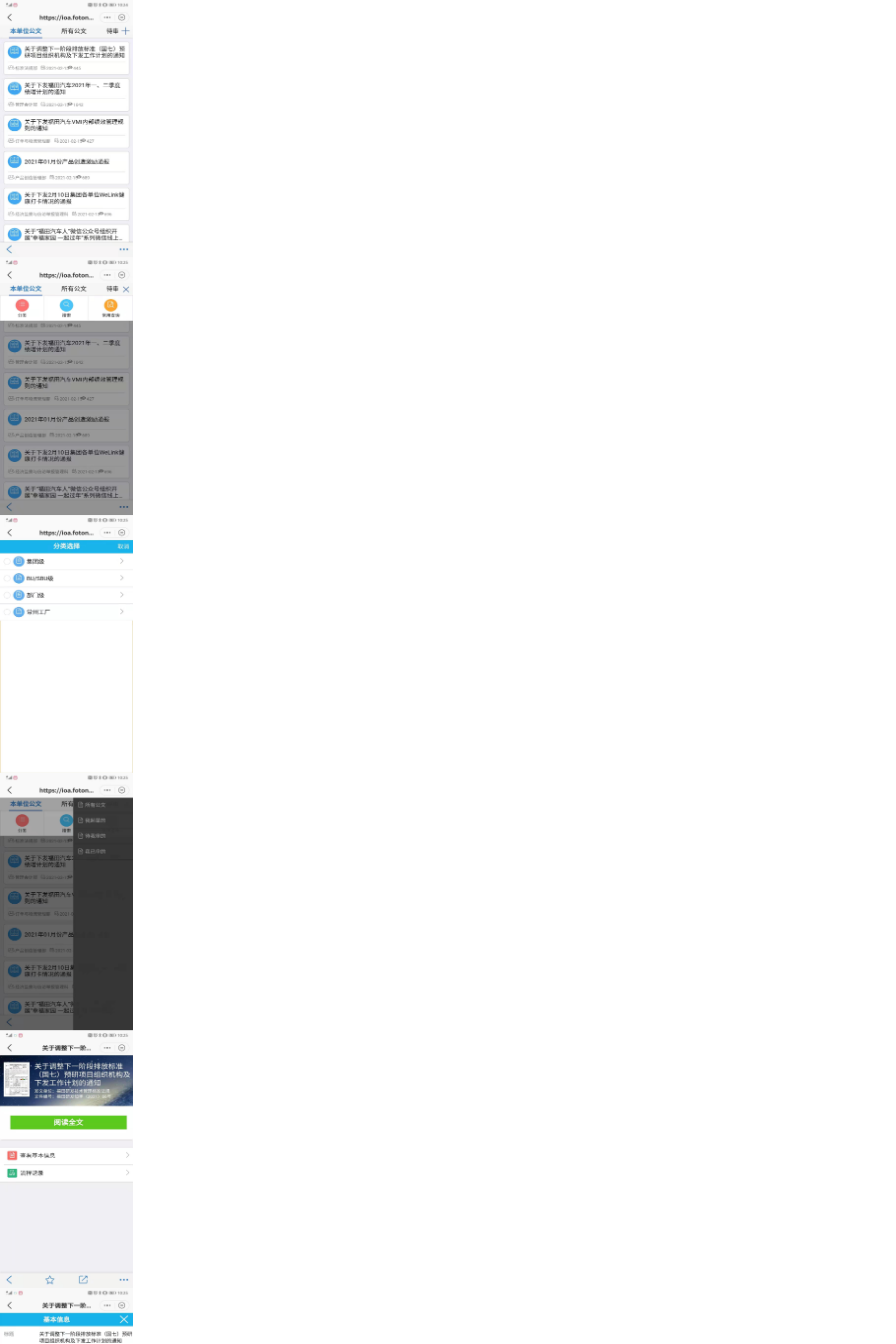
Repository: ch230/2021
Page: A.html
An editor plug-in stored every save of this project. The page is shown before and after the next save, followed by the edit.
The browser window is 1280 px wide. The pictures show the part of the page from y = 0 to 1920 px (the page is 11412 px tall before and 11460 px after), at 70% of full size.

Above is the page before, as saved 2021-02-15 14:37:01.

### A.html
<!DOCTYPE html>
<html lang="en">
  <head>
    <meta charset="UTF-8" />
    <meta name="viewport" content="width=device-width, initial-scale=1.0" />
    <title>Document</title>
    <style>
      * {
        padding: 0;
        margin: 0;
        list-style: none;
      }
      body,
      html,
      #app {
        height: 100%;
        width: 100%;
      }
      #items {
      }
      #items ul {
      }
      #items ul li {
        height: 368px;
        width: 190px;
      }
      #items ul li img {
        display: inline-block;
        width: 100%;
        height: 100%;
      }
    </style>
  </head>
  <body>
    <div id="app">
      <!-- 待办事宜 -->
      <div id="items">
        <div>
          <!-- 待办事宜 -->
          <!-- 分为待审 待阅 已办 搜索功能 -->
          <!-- 每个都对应一个列表，点击进去就是对应的信息(附件，全文，流程记录，查看基本信息),可以收藏，转发 -->
          <!-- 列表信息:内容，提报人，时间，类型，头像 -->
        </div>
        <ul>
          <li>
            <img src="./img/1.jpg" alt="" />
          </li>
          <li>
            <img src="./img/2.jpg" alt="" />
          </li>
          <li>
            <img src="./img/3.jpg" alt="" />
          </li>
          <li>
            <img src="./img/4.jpg" alt="" />
          </li>
          <li>
            <img src="./img/5.jpg" alt="" />
          </li>
          <li>
            <img src="./img/6.jpg" alt="" />
          </li>
        </ul>
      </div>
      <!-- 公文 -->
      <div id="items">
        <div>
          <!--公文-->
          <!-- 本单位公文，所有公文，待审公文，分类，搜索，常用查询 -->
          <!-- 常用查询:所有公文，我起草的，待我审的，我已审的 -->
          <!-- 分类:按照部门分类（集团级，BU/SBU级，部门级，常州工厂）---（集团和常州区分红头文件，黑头文件） -->
          <!-- 对应列表，列表信息:图标，内容，部门，时间，浏览人数 -->
          <!-- 详情:阅读全文，查看基本信息，流程记录，收藏，分享 -->
        </div>
        <ul>
          <li>
            <img src="./img/7.jpg" alt="" />
          </li>
          <li>
            <img src="./img/8.jpg" alt="" />
          </li>
          <li>
            <img src="./img/9.jpg" alt="" />
          </li>
          <li>
            <img src="./img/10.jpg" alt="" />
          </li>
          <li>
            <img src="./img/11.jpg" alt="" />
          </li>
          <li>
            <img src="./img/12.jpg" alt="" />
          </li>
        </ul>
      </div>
      <!-- 福田新闻 -->
      <div id="items">
        <div>
          <!-- 福田新闻 -->
          <!-- 最新新闻, 分类，搜索，常用查询 -->
          <!-- 列表信息:图片，内容，上传人，上传时间，浏览人数 -->
          <!-- 详情:标题，图文搭配，收藏 -->
          <!-- 分类:集团级，BU/SBU级，部门级，常州工厂，福田戴姆勒/BFDA -->
          <!-- 常用查询:所有新闻，我上传的，待我审的，我已审的，置顶新闻  -->
        </div>
        <ul>
          <li>
            <img src="./img/13.jpg" alt="" />
          </li>
          <li>
            <img src="./img/14.jpg" alt="" />
          </li>
          <li>
            <img src="./img/15.jpg" alt="" />
          </li>
          <li>
            <img src="./img/16.jpg" alt="" />
          </li>
          <li>
            <img src="./img/17.jpg" alt="" />
          </li>
        </ul>
      </div>
      <!-- 制度管理 -->
      <div id="items">
        <div>
          <!-- 制度管理 -->
          <!-- 制度管理, 分类，搜索，常用查询 -->
          <!-- 列表信息:图片，内容，部门，浏览人数 -->
          <!-- 详情:标题，生效时间，文件编号，附件，收藏 -->
          <!-- 附件查看 -->
          <!-- 分类:集团级，BU/SBU级，部门级，常州工厂，福田戴姆勒/BFDA -->
          <!-- 常用查询:所有制度，我起草的，待我审的，我已审的  -->
        </div>

        <ul>
          <li>
            <img src="./img/18.jpg" alt="" />
          </li>
          <li>
            <img src="./img/19.jpg" alt="" />
          </li>
          <li>
            <img src="./img/20.jpg" alt="" />
          </li>
          <li>
            <img src="./img/21.jpg" alt="" />
          </li>
        </ul>
      </div>
      <!-- OA知识中心 -->
      <div id="items">
        <div>
          <!-- OA知识中心 -->
          <!-- 所有文档, 我的文档，分类，搜索，常用查询-->
          <!-- 列表信息:图片，内容，发布人，发布时间，浏览人数 -->
          <!-- 详情:内容，附件，收藏，评价 -->
          <!-- 附件查看 -->
          <!-- 常用查询:所有制度，我起草的，待我审的，我已审的  -->
        </div>

        <ul>
          <li>
            <img src="./img/22.jpg" alt="" />
          </li>
          <li>
            <img src="./img/23.jpg" alt="" />
          </li>
          <li>
            <img src="./img/24.jpg" alt="" />
          </li>
          <li>
            <img src="./img/25.jpg" alt="" />
          </li>
          <li>
            <img src="./img/26.jpg" alt="" />
          </li>
        </ul>
      </div>
      <!-- OA调查问卷 -->
      <div id="items">
        <div>
          <!--OA调查问卷  -->
          <!-- 所有问卷，我参与的，调查结果，搜索-->
          <!-- 列表:已参与人数，结束时间，调查标题 -->
          <!-- 详情:问卷调查状态,参与人数，内容，标题 -->
        </div>
        <ul>
          <li>
            <img src="./img/27.jpg" alt="" />
          </li>
          <li>
            <img src="./img/28.jpg" alt="" />
          </li>
          <li>
            <img src="./img/29.jpg" alt="" />
          </li>
          <li>
            <img src="./img/30.jpg" alt="" />
          </li>
          <li>
            <img src="./img/31.jpg" alt="" />
          </li>
        </ul>
      </div>
    </div>
  </body>
</html>

After the next save:
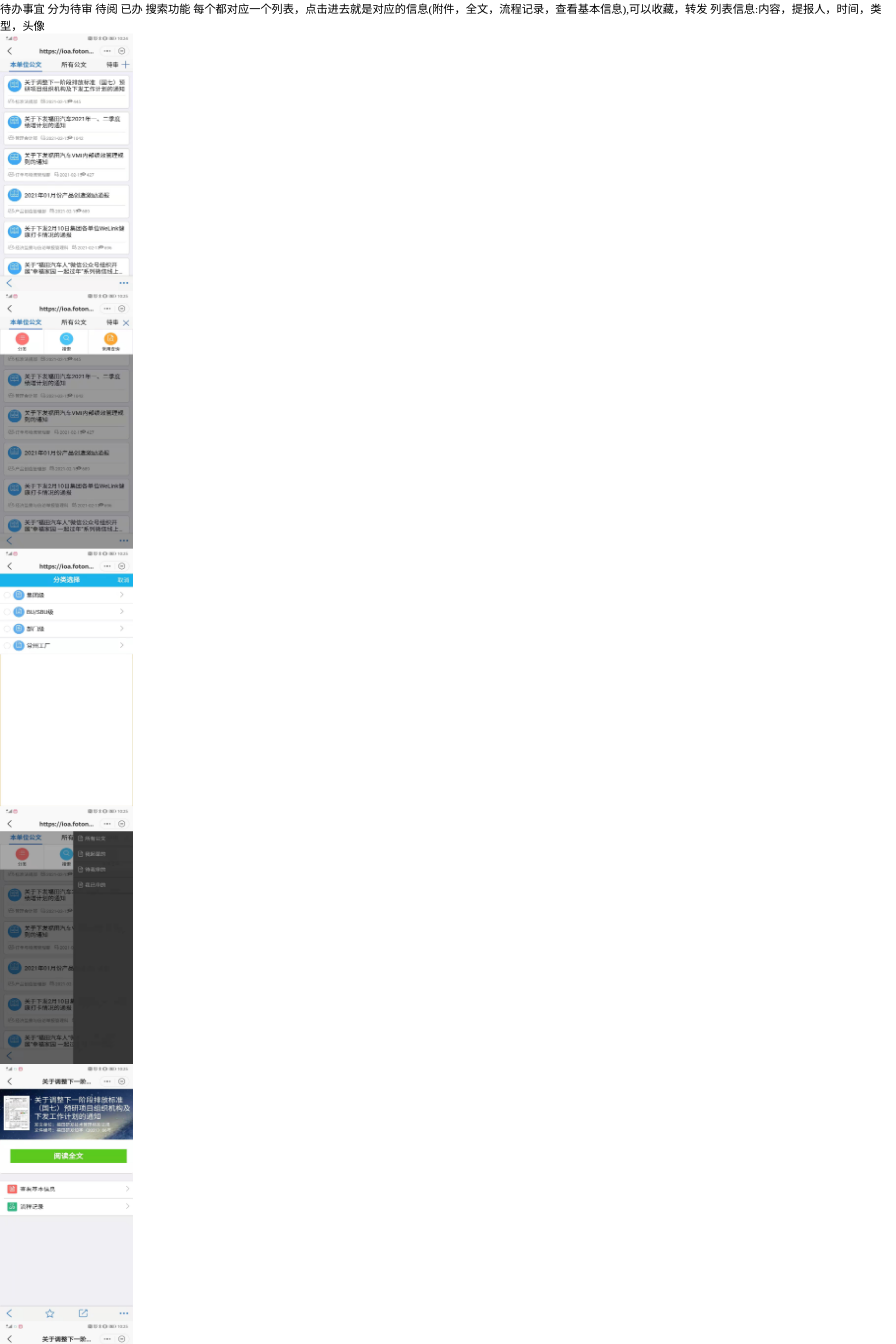
Saved 24 s later.
--- a/A.html
+++ b/A.html
@@ -36,10 +36,9 @@
       <!-- 待办事宜 -->
       <div id="items">
         <div>
-          <!-- 待办事宜 -->
-          <!-- 分为待审 待阅 已办 搜索功能 -->
-          <!-- 每个都对应一个列表，点击进去就是对应的信息(附件，全文，流程记录，查看基本信息),可以收藏，转发 -->
-          <!-- 列表信息:内容，提报人，时间，类型，头像 -->
+          待办事宜 分为待审 待阅 已办 搜索功能
+          每个都对应一个列表，点击进去就是对应的信息(附件，全文，流程记录，查看基本信息),可以收藏，转发
+          列表信息:内容，提报人，时间，类型，头像
         </div>
         <ul>
           <li>
